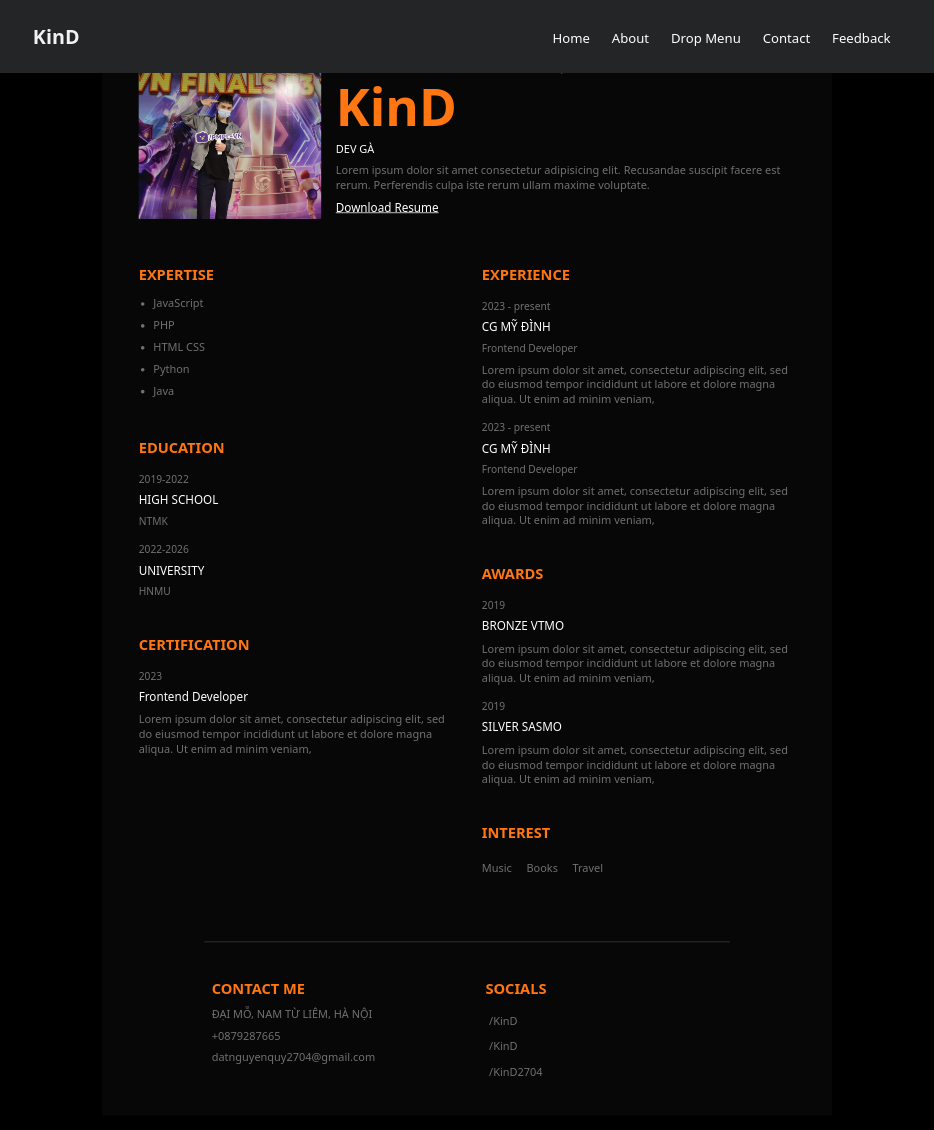
Repository: KinD2704/Web-University
Page: buổi 5/profile.html
These files come from the project's save history. The page is drawn as it stood at one moment and after the next save; the edit follows.
The browser window is 1280 px wide. The pictures show the whole page, at 73% of full size.

Above is the page before, as saved 2023-12-30 00:11:32.

### buổi 5/profile.html
<!DOCTYPE html>
<html lang="en">
    <head>
        <meta charset="UTF-8" />
        <meta name="viewport" content="width=device-width, initial-scale=1.0" />
        <title>Document</title>
        <link rel="stylesheet" href="styles.css" />
    </head>

    <body>
        <nav>
            <div class="wrapper">
                <div class="logo"><a href="#">KinD</a></div>
                <!-- MENU ben phai -->
                <ul class="nav-links">
                    <li>
                        <a href="#">Home</a>
                    </li>
                    <li><a href="#">About</a></li>
                    <li>
                        <a href="#">Drop Menu</a>
                        <ul class="drop-menu">
                            <li><a href="#">Drop menu 1</a></li>
                            <li><a href="#">Drop menu 2</a></li>
                            <li><a href="#">Drop menu 3</a></li>
                            <li><a href="#">Drop menu 4</a></li>
                        </ul>
                    </li>
                    <li><a href="#">Contact</a></li>
                    <li><a href="#">Feedback</a></li>
                </ul>
            </div>
        </nav>
        <section class="profile">
            <div class="container">
                <div class="profile">
                    <div class="profile_container">
                        <div class="profile_profileImg">
                            <img src="in4.jpg" alt="shaif arfan" />
                        </div>
                        <div>
                            <h1 class="profile_name">
                                <span class="profile_name_firstName"
                                    >Nguyễn Quý Đạt</span
                                >
                                <span class="profile_name_lastName">KinD</span>
                            </h1>
                            <p class="profile_title">DEV GÀ</p>
                            <p class="description profile_description">
                                Lorem ipsum dolor sit amet consectetur
                                adipisicing elit. Recusandae suscipit facere est
                                rerum. Perferendis culpa iste rerum ullam maxime
                                voluptate.
                            </p>
                            <a class="downloadBtn" href="#">Download Resume</a>
                        </div>
                    </div>
                </div>
                <div class="group-1">
                    <div class="skills">
                        <h3 class="title">Expertise</h3>
                        <ul class="skills_list description">
                            <li>JavaScript</li>
                            <li>PHP</li>
                            <li>HTML CSS</li>
                            <li>Python</li>
                            <li>Java</li>
                        </ul>
                    </div>

                    <div class="edu">
                        <h3 class="title">Education</h3>
                        <div class="edu_item">
                            <p class="item_preTitle">2019-2022</p>
                            <h4 class="item_title">HIGH SCHOOL</h4>
                            <p class="item_subtitle">NTMK</p>
                        </div>
                        <div class="edu_item">
                            <p class="item_preTitle">2022-2026</p>
                            <h4 class="item_title">UNIVERSITY</h4>
                            <p class="item_subtitle">HNMU</p>
                        </div>
                    </div>

                    <div class="certification">
                        <h3 class="title">certification</h3>
                        <div class="certification_item">
                            <p class="item_preTitle">2023</p>
                            <h4 class="item_title">Frontend Developer</h4>
                            <p class="description">
                                Lorem ipsum dolor sit amet, consectetur
                                adipiscing elit, sed do eiusmod tempor
                                incididunt ut labore et dolore magna aliqua. Ut
                                enim ad minim veniam,
                            </p>
                        </div>
                    </div>
                </div>
                <div class="group-2">
                    <div class="exp">
                        <h3 class="title">Experience</h3>
                        <div class="exp_item">
                            <p class="item_preTitle">2023 - present</p>
                            <h4 class="item_title">CG MỸ ĐÌNH</h4>
                            <p class="item_subtitle">Frontend Developer</p>
                            <p class="description">
                                Lorem ipsum dolor sit amet, consectetur
                                adipiscing elit, sed do eiusmod tempor
                                incididunt ut labore et dolore magna aliqua. Ut
                                enim ad minim veniam,
                            </p>
                        </div>
                        <div class="exp_item">
                            <p class="item_preTitle">2023 - present</p>
                            <h4 class="item_title">CG MỸ ĐÌNH</h4>
                            <p class="item_subtitle">Frontend Developer</p>
                            <p class="description">
                                Lorem ipsum dolor sit amet, consectetur
                                adipiscing elit, sed do eiusmod tempor
                                incididunt ut labore et dolore magna aliqua. Ut
                                enim ad minim veniam,
                            </p>
                        </div>
                    </div>
                    <div class="awards">
                        <h3 class="title">Awards</h3>
                        <div class="awards_item">
                            <p class="item_preTitle">2019</p>
                            <h4 class="item_title">BRONZE VTMO</h4>
                            <p class="description">
                                Lorem ipsum dolor sit amet, consectetur
                                adipiscing elit, sed do eiusmod tempor
                                incididunt ut labore et dolore magna aliqua. Ut
                                enim ad minim veniam,
                            </p>
                        </div>
                        <div class="awards_item">
                            <p class="item_preTitle">2019</p>
                            <h4 class="item_title">SILVER SASMO</h4>
                            <p class="description">
                                Lorem ipsum dolor sit amet, consectetur
                                adipiscing elit, sed do eiusmod tempor
                                incididunt ut labore et dolore magna aliqua. Ut
                                enim ad minim veniam,
                            </p>
                        </div>
                    </div>

                    <div class="interest">
                        <h3 class="title">Interest</h3>
                        <div class="interest_items">
                            <div class="interest_item">
                                <i data-feather="music"></i>
                                <span>Music</span>
                            </div>
                            <div class="interest_item">
                                <i data-feather="book"></i>
                                <span>Books</span>
                            </div>
                            <div class="interest_item">
                                <i data-feather="map"></i>
                                <span>Travel</span>
                            </div>
                        </div>
                    </div>
                </div>
                <hr />
                <div class="group-3">
                    <div class="contact">
                        <h3 class="title">Contact me</h3>
                        <div class="contact_info">
                            <p class="description">
                                ĐẠI MỖ, NAM TỪ LIÊM, HÀ NỘI
                            </p>
                            <p class="description">+0879287665</p>
                            <p class="description">
                                datnguyenquy2704@gmail.com
                            </p>
                        </div>
                    </div>
                    <div class="social">
                        <h3 class="title">Socials</h3>
                        <div class="social_items">
                            <a href="#" target="_b" class="social_item">
                                <i data-feather="github"></i>
                                <span>/KinD</span>
                            </a>
                            <a href="#" target="_blank" class="social_item">
                                <i data-feather="twitter"></i>
                                <span>/KinD</span>
                            </a>
                            <a href="#" target="_blank" class="social_item">
                                <i data-feather="linkedin"></i>
                                <span>/KinD2704</span>
                            </a>
                        </div>
                    </div>
                </div>
            </div>
        </section>
    </body>
</html>

### buổi 5/styles.css
@import url("https://fonts.googleapis.com/css2?family=Inter:wght@200;300;400;500;600;700&display=swap");
* {
    margin: 0;
    padding: 0;
    box-sizing: border-box;
    font-family: system-ui, -apple-system, BlinkMacSystemFont, "Segoe UI",
        Roboto, Oxygen, Ubuntu, Cantarell, "Open Sans", "Helvetica Neue",
        sans-serif;
}
nav {
    background-color: #242526;
    position: fixed;
    z-index: 999;
    width: 100%;
    height: 100px;
    line-height: 100px;
}
nav .wrapper {
    max-width: 1250px;
    padding: 0 30px;
    margin: auto;
    display: flex;
    justify-content: space-between;
    align-items: center;
}
.wrapper .logo a {
    color: #f2f2f2;
    text-decoration: none;
    font-size: 27px;
    font-weight: 700;
}
.wrapper .nav-links {
    display: inline-flex;
}
.nav-links li {
    list-style-type: none;
}
.nav-links li a {
    color: white;
    text-decoration: none;
    font-size: 18px;
    font-weight: 500;
    padding: 9px 15px;
    border-radius: 5px;
    transition: 0.5s ease-in-out;
}
.nav-links li a:hover {
    background-color: #3a3b3c;
}
.nav-links .drop-menu {
    position: absolute;
    background-color: #242526;
    width: 180px;
    top: 85px;
    line-height: 45px;
    opacity: 0;
    visibility: hidden;
}
.drop-menu li a {
    width: 100%;
    display: block;
    padding: 0 0 0 15px;
    font-weight: 400;
    border-radius: 0px;
}
.nav-links li:hover .drop-menu {
    top: 65px;
    opacity: 1;
    visibility: visible;
    transition: 0.5s;
}

.profile {
}
/* ROOT */

:root {
    --primary-color: #ff7613;
    --text-color: #727171;
}
html {
    font-size: 10px;
}
body {
    font-family: Inter, sans-serif;
    background-color: black;
    color: white;
}

/* common styles */
img {
    width: 100%;
}
a {
    text-decoration: none;
    color: white;
}
.description {
    margin-top: 1rem;
    font-size: 1.5rem;
    font-weight: 400;
    color: var(--text-color);
}
.title {
    color: var(--primary-color);
    font-weight: 700;
    font-size: 2rem;
    text-transform: uppercase;
}
.item_preTitle {
    font-size: 1.4rem;
    color: var(--text-color);
    font-weight: 300;
}
.item_title {
    font-size: 1.6rem;
    color: white;
    font-weight: 500;
    margin: 0.8rem 0;
}
.item_subtitle {
    font-size: 1.4rem;
    color: var(--text-color);
    font-weight: 400;
}

/* layouts */
.container {
    max-width: 1000px;
    width: 90%;
    margin: 0 auto;
    display: grid;
    padding: 5rem;
    background: #070707;
    grid-template-columns: 1fr 1fr;
    gap: 4rem;
}
@media only screen and (max-width: 768px) {
    .container {
        width: 100%;
        grid-template-columns: 1fr;
        padding: 3rem;
        gap: 7rem;
    }
}
.profile {
    grid-column: 1 / -1;
    margin-bottom: 2rem;
}
.group-1,
.group-2 {
    display: flex;
    flex-direction: column;
    gap: 5rem;
}
.group-3 {
    max-width: 700px;
    width: 100%;
    margin: 0 auto;
    grid-column: 1/-1;
    display: flex;
    flex-direction: row;
    gap: 5rem;
}
.group-3 > div {
    flex: 1;
}
@media only screen and (max-width: 768px) {
    .profile {
        margin-bottom: 0;
    }
    .group-3 {
        flex-direction: column;
    }
}

/* profile */
.profile_container {
    display: flex;
    gap: 2rem;
}
.profile_profileImg {
    max-width: 250px;
}
.profile_name_firstName {
    color: white;
    font-weight: 200;
    font-size: clamp(2rem, 8vw, 4rem);
    text-transform: uppercase;
    display: block;
    margin-bottom: -0.8rem;
}
.profile_name_lastName {
    color: var(--primary-color);
    font-weight: 700;
    font-size: clamp(2.5rem, 15vw, 7rem);
    /* text-transform: uppercase; */
    display: block;
}
.profile_title {
    font-size: 1.5rem;
    font-weight: 400;
    text-transform: uppercase;
}
.downloadBtn {
    display: block;
    text-decoration: underline;
    font-size: 1.6rem;
    margin-top: 1rem;
}
.downloadBtn:hover {
    color: var(--primary-color);
}
@media only screen and (max-width: 768px) {
    .profile_container {
        flex-direction: column;
    }
}

/* Expertise */
.skills_list {
    margin-top: 1rem;
    margin-left: 2rem;
    line-height: 2;
}
/* eduction */
.edu_item {
    margin-top: 2rem;
}

/* certification */
.certification_item {
    margin-top: 2rem;
}
/* exp */
.exp_item {
    margin-top: 2rem;
}

/* awards */
.awards_item {
    margin-top: 2rem;
}
/* Interests */
.interest_items {
    margin-top: 2rem;
    display: flex;
    align-items: center;
    flex-wrap: wrap;
    gap: 2rem;
}
.interest_item {
    font-size: 1.5rem;
    display: flex;
    flex-direction: column;
    align-items: center;
    justify-content: center;
    gap: 0.5rem;
    color: var(--text-color);
}
.interest_item svg {
    width: 2rem;
}

/* socials */
.social_items {
    margin-top: 2rem;
}
.social_item {
    margin-top: 1.5rem;
    font-size: 1.5rem;
    display: flex;
    gap: 0.5rem;
    align-items: center;
    justify-content: flex-start;
    color: var(--text-color);
}
.social_item:hover {
    color: var(--primary-color);
}
.social_item svg {
    width: 2rem;
}

hr {
    grid-column: 1/-1;
    width: 80%;
    margin: 0 auto;
    margin-top: 5rem;
    margin-bottom: 1rem;
    border: none;
    border-top: 2px solid rgba(128, 128, 128, 0.229);
}
@media only screen and (max-width: 768px) {
    hr {
        margin: 0 auto;
    }
}

After the next save:
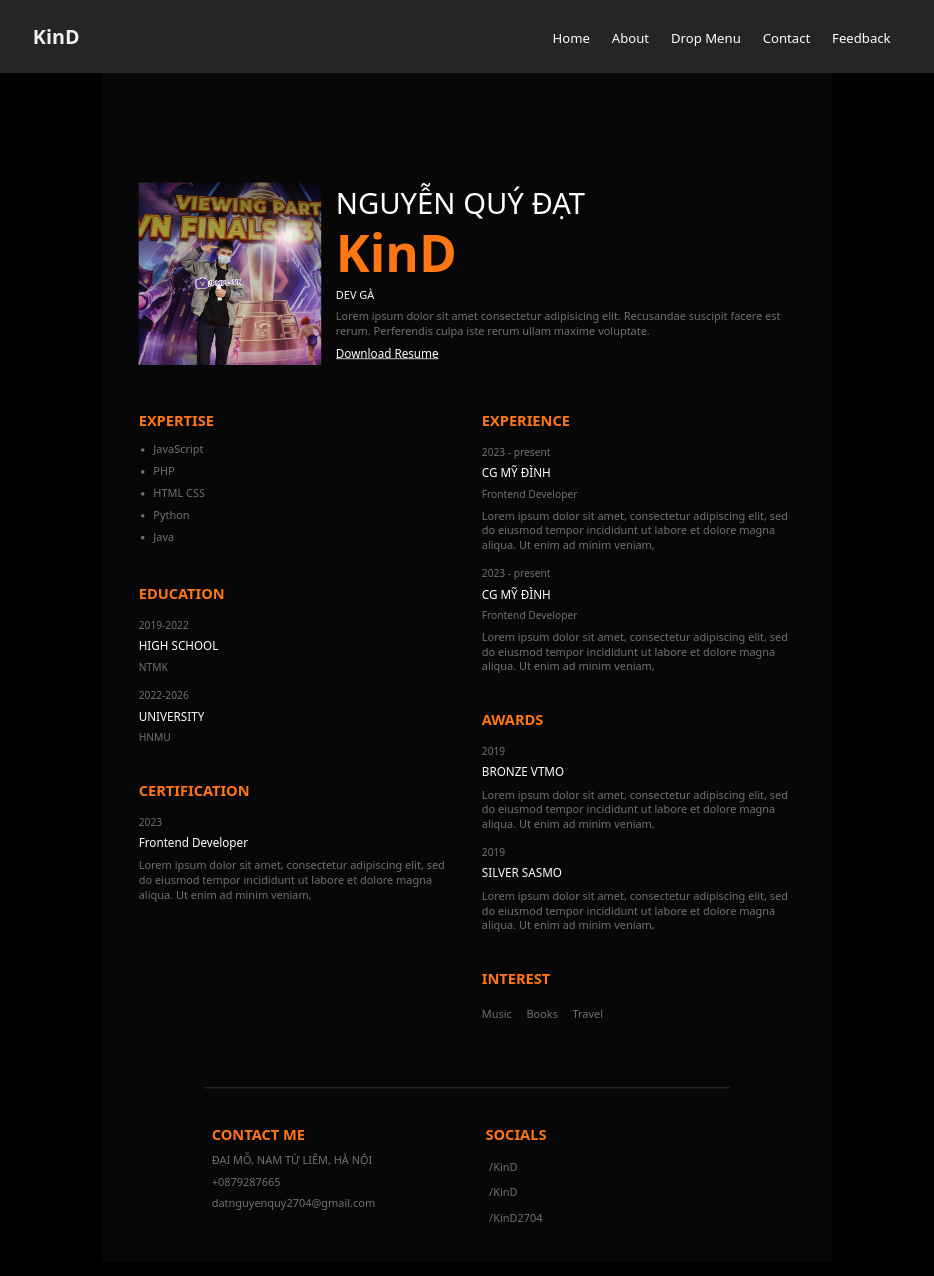
Saved 9 s later.
--- a/buổi 5/styles.css
+++ b/buổi 5/styles.css
@@ -71,6 +71,7 @@ nav .wrapper {
 }
 
 .profile {
+    padding-top: 100px;
 }
 /* ROOT */
 
